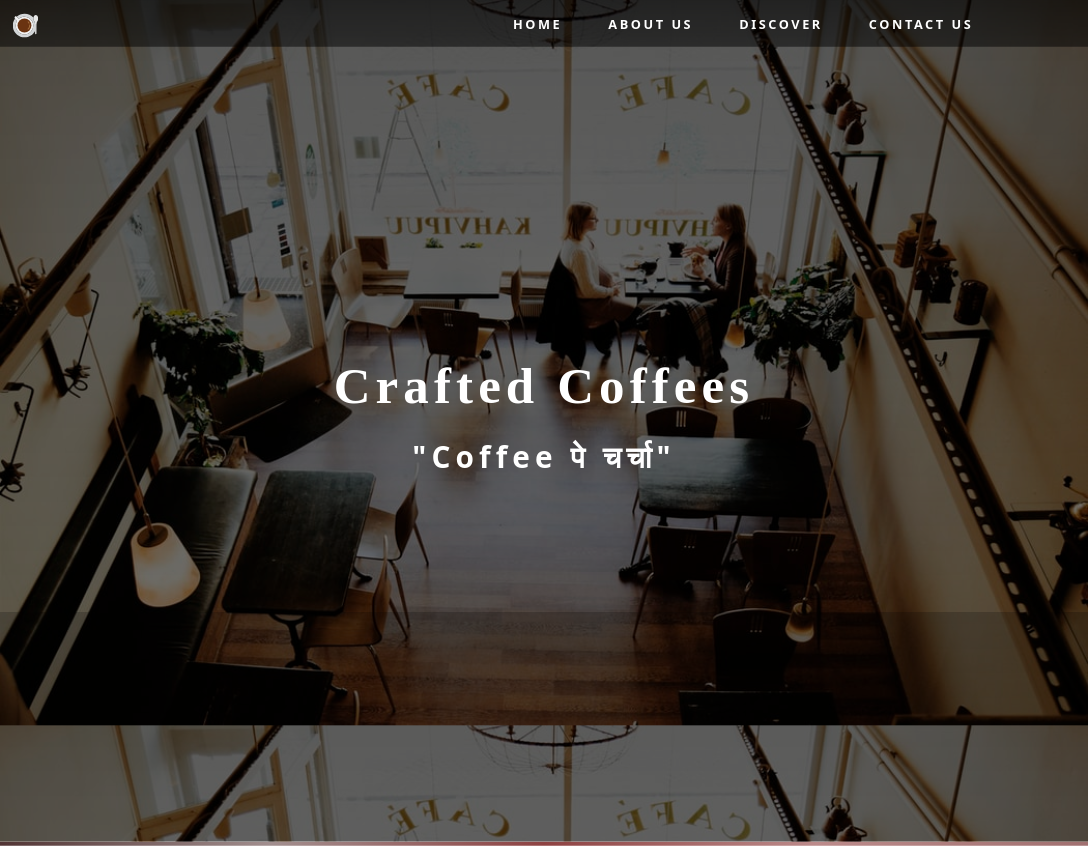
Repository: Aditya0377/Assignments
Page: Assignment/coffee/index.html
An editor plug-in stored every save of this project. The page is shown before and after the next save, followed by the edit.
The browser window is 1280 px wide. The pictures show the whole page, at 85% of full size.
Backgrounds fixed to the window are drawn as part of the page. Some web libraries are served in a nearby version.

Above is the page before, as saved 2024-02-01 15:29:47.

### Assignment/coffee/index.html
<!DOCTYPE html>
<html lang="en">

<head>
    <meta charset="UTF-8">
    <meta name="viewport" content="width=device-width, initial-scale=1.0">
    <title>Coffee</title>
    <link rel="stylesheet" href="coffee.css">
    <link rel="stylesheet" href="https://cdn.linearicons.com/free/1.0.0/icon-font.min.css">
    <script src="https://kit.fontawesome.com/edd85780d6.js" crossorigin="anonymous"></script>
</head>

<body>
    <div class="head">
        <div class="navbar">
            <a href="" class="logo"><img src="assets/logo.svg" alt=""></a>
            <div class="navmenu">
                <a href="" class="navcont">HOME</a>
                <a href="" class="navcont">ABOUT US</a>
                <a href="" class="navcont">DISCOVER</a>
                <a href="" class="navcont">CONTACT US</a>

            </div>
        </div>
        <div class="headcont">
            <h1>Crafted Coffees</h1>
            <h2>"Coffee पे चर्चा"</h2>
            <div class="arrow">
                <span class="lnr lnr-chevron-down"></span>
            </div>
        </div>
    </div>
    <div class="linearline"></div>
    <div class="one">
        <div class="onecont">
            <div class="onelogo"></div>
            <div class="onehead"></div>
            <div class="lorem"></div>
        </div>
    </div>
</body>

</html>

### Assignment/coffee/coffee.css
* {
    margin: 0;
    padding: 0;
    box-sizing: border-box;
    font-family: system-ui, -apple-system, BlinkMacSystemFont, 'Segoe UI', Roboto, Oxygen, Ubuntu, Cantarell, 'Open Sans', 'Helvetica Neue', sans-serif;
    ;
}

a {
    text-decoration: none;
    color: black;
}

.head {
    width: 100%;
    background: linear-gradient(rgba(0, 0, 0, 0.6), rgba(0, 0, 0, 0.5)), url(assets/bg1.jpeg) center/cover no-repeat;
    background-repeat: no-repeat;
    background-attachment: fixed;
    background-size: cover;
    height: 990px;
    position: relative;
    display: flex;
    flex-direction: column;
    align-items: center;
    text-align: center;
}

.navbar {
    display: flex;
    align-items: center;
    width: 100%;
    height: 55px;
    background-image: linear-gradient(rgba(0, 0, 0, 0.6), rgba(0, 0, 0, 0.5));
    position: fixed;
    z-index: 999;

}

.navmenu {
    position: inherit;
    right: 0px;
    margin-right: 85px
}

.logo {
    align-self: flex-start;
    margin: 15px;
}

.navbar img {
    width: 30px;
}

.navcont {
    font-weight: 600;
    letter-spacing: 3px;
    font-size: 15px;
    margin-right: 50px;
    color: white;
}

.navcont:hover {
    transition: 0.5s ease;
    color: brown;
}

.headcont {
    margin-top: 420px;
    letter-spacing: 6px;
    color: white;
}

.headcont h1 {
    font-size: 60px;
    font-family: SpartanLimport;

}

.headcont h2 {
    font-weight: 600;
    margin-top: 25px;
    font-size: 35px;
    margin-bottom: 340px;
}

.lnr-chevron-down {
    font-size: 40px;
}

.arrow {
    animation-name: arrowdown;
    animation-duration: 3s;
    animation-iteration-count: infinite;
}

@keyframes arrowdown {
    0% {
        transform: translateY(0px);
    }

    50% {
        transform: translateY(50px);
    }

    100% {
        transform: translateY(0px);
    }
}

.linearline {
    width: 100%;
    background-image: linear-gradient(to left, #a07070, #bc8b8b, #8e4242, #a28f8f, #513434);
    height: 5px;
}

.one {
    width: 100%;
    display: flex;
    justify-content: p;
    align-items: center;

}

After the next save:
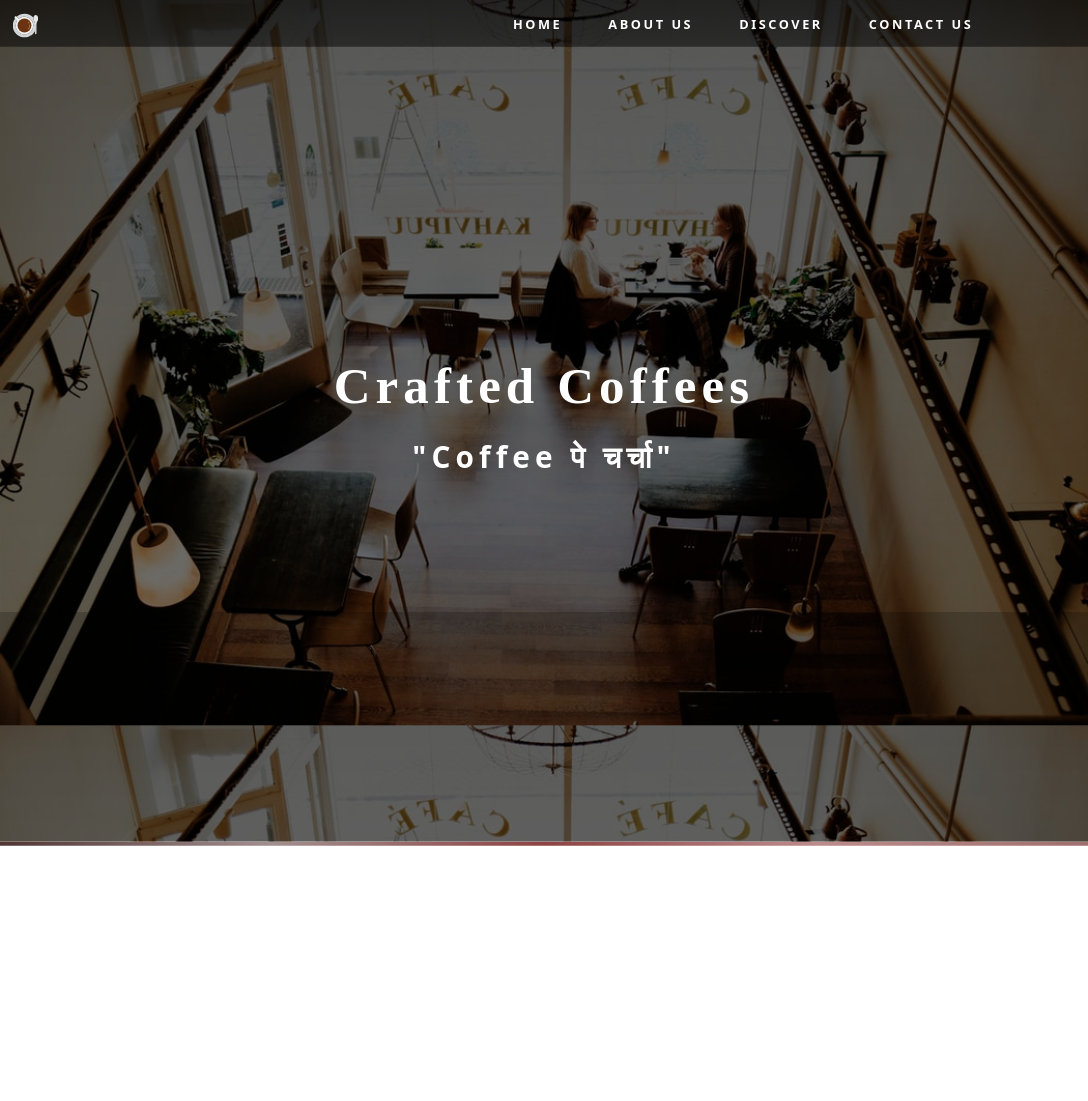
Saved 49 s later.
--- a/Assignment/coffee/coffee.css
+++ b/Assignment/coffee/coffee.css
@@ -118,5 +118,6 @@ a {
     display: flex;
     justify-content: p;
     align-items: center;
-
+    height: 300px;
+    tempeoray
 }
